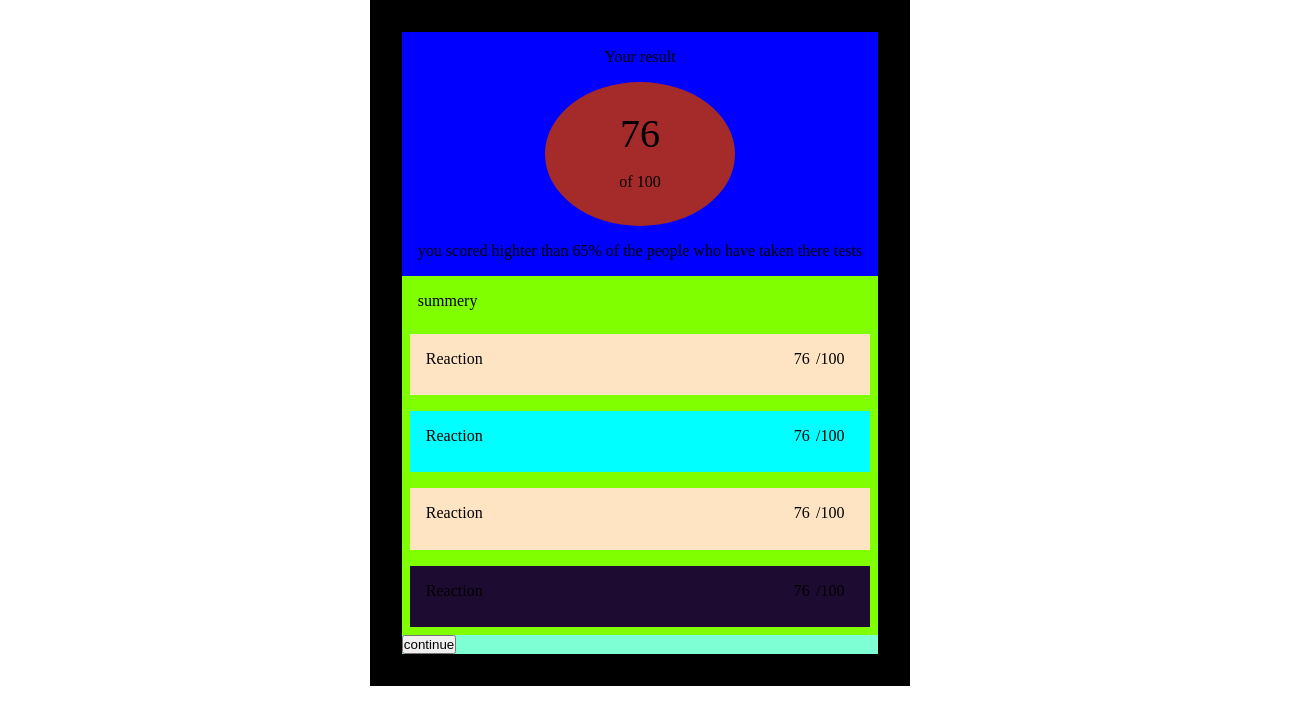
Repository: rahanwz/Card2-raha
Page: card2.html
The author's editor kept a copy of each file at every save. The page is drawn from the files as they stood at one save, then again after a run of saves.
The browser window is 1280 px wide. The page is 1280 px wide, then 1312 px, then 1280 px, so the pictures cover 1312 px, including what lies to the right of the window. The pictures show the whole page.

Above is the page before, as saved 2024-02-20 16:30:49.

### card2.html
<!DOCTYPE html>
<html lang="en">
  <head>
    <meta charset="UTF-8" />
    <meta name="viewport" content="width=device-width, initial-scale=1.0" />
    <title>Document</title>
    <link rel="stylesheet" href="card2.css" />
  </head>
  <body>
    <div class="container">
      <div class="card_container">
        <div class="top_card">
          <p>Your result</p>
          <div class="present">
            <p>76</p>
            <p>of 100</p>
          </div>
          <p class="describ">
            you scored highter than 65% of the people who have taken there tests
          </p>
        </div>
        <div class="bottom_card">
          <p>summery</p>
          <div class="box box1">
            <p>Reaction</p>
            <div class="number">
              <p>
                <span style="width: 50%; padding: 1rem; margin-top: -1rem"
                  >76</span
                ><span>/</span>100
              </p>
            </div>
          </div>
          <div class="box box2">
            <p>Reaction</p>
            <div class="number">
              <p>
                <span style="width: 50%; padding: 1rem; margin-top: -1rem"
                  >76</span
                ><span>/</span>100
              </p>
            </div>
          </div>

          <div class="box box1">
            <p>Reaction</p>
            <div class="number">
              <p>
                <span style="width: 50%; padding: 1rem; margin-top: -1rem"
                  >76</span
                ><span>/</span>100
              </p>
            </div>
          </div>
          <div class="box box3">
            <p>Reaction</p>
            <div class="number">
              <p>
                <span style="width: 50%; padding: 1rem; margin-top: -1rem"
                  >76</span
                ><span>/</span>100
              </p>
            </div>
          </div>
        </div>
        <div class="box5">
          <button>continue</button>
        </div>
      </div>
    </div>
  </body>
</html>

### card2.css
* {
  padding: 0;
  margin: 0;
  box-sizing: border-box;
}
body {
  display: flex;
  justify-content: center;
}
.container {
  background-color: black;
  padding: 2rem;
}
.card_container {
  background-color: aquamarine;
}
.card_container {
  text-align: center;
}

.top_card :first-child {
  padding: 1rem;
}
.present :first-child {
  font-size: 2.5rem;
  padding-top: 1.75rem;
}

.present {
  background-color: #f57d1f;
  height: 20vh;
  width: 40%;
  border-radius: 100%;
  background-color: brown;
  margin: auto;
}

.describ {
  padding: 1rem;
}

.top_card {
  background-color: blue;
}

.bottom_card :first-child {
  padding:1rem 1rem;
  display: flex;
}

.bottom_card {
  background-color: chartreuse;
}

.bottom_card .box {
  display: flex;
  padding: 0.5rem;
}

.box1 p {
  background-color: bisque;
  width: 100%;
  height: 8.5vh;
}

.box2 p {
  background-color: cyan;
  width: 100%;
  height: 8.5vh;
}
.box3 p {
  background-color: rgb(30, 11, 50);
  width: 100%;
  height: 8.5vh;
}
.box4 p {
  background-color: rgb(255, 70, 2);
  width: 100%;
  height: 8.5vh;
}

.number {
  display: flex;
}


.box5{
  width: 100%;
  display: flex;
}

After the next 4 saves:
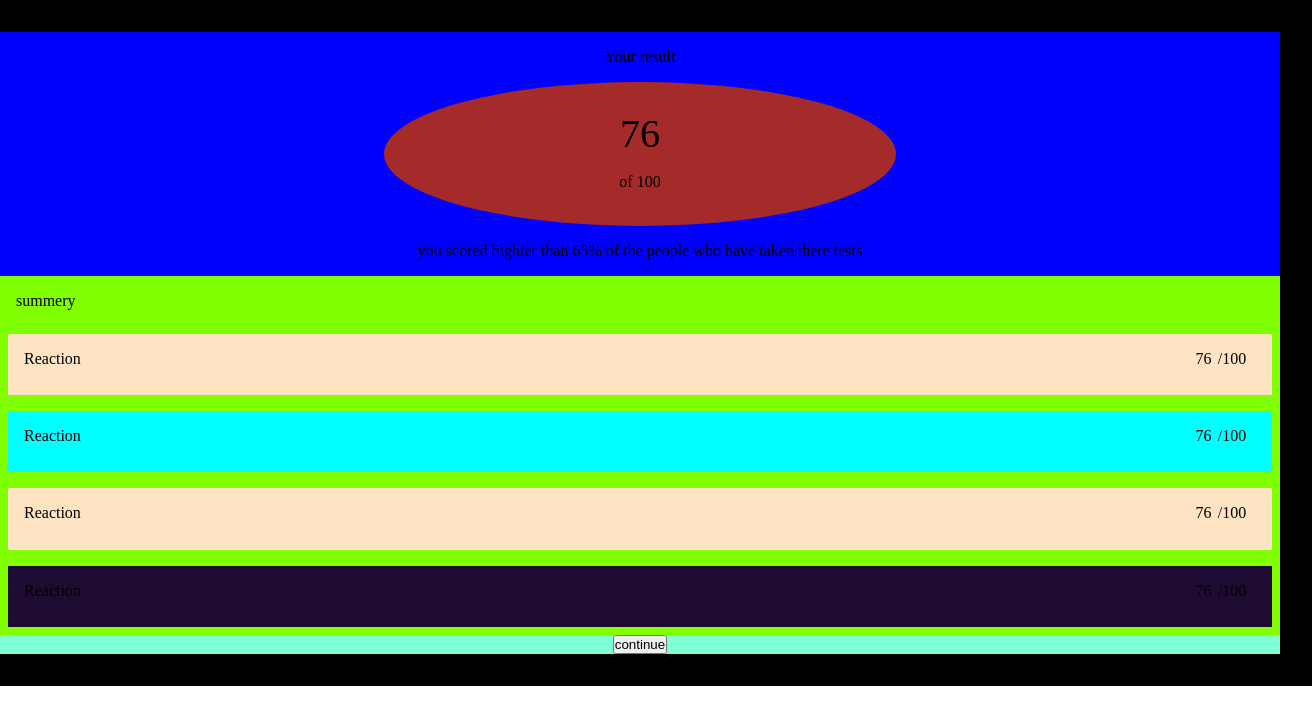
The 4 saves are shown as one change because they came seconds apart.
The last was saved 19 s later.
--- a/card2.css
+++ b/card2.css
@@ -85,6 +85,6 @@
 
 
 .box5{
-  width: 100%;
-  display: flex;
+  width: 100vw;
+
 }

After the save that followed:
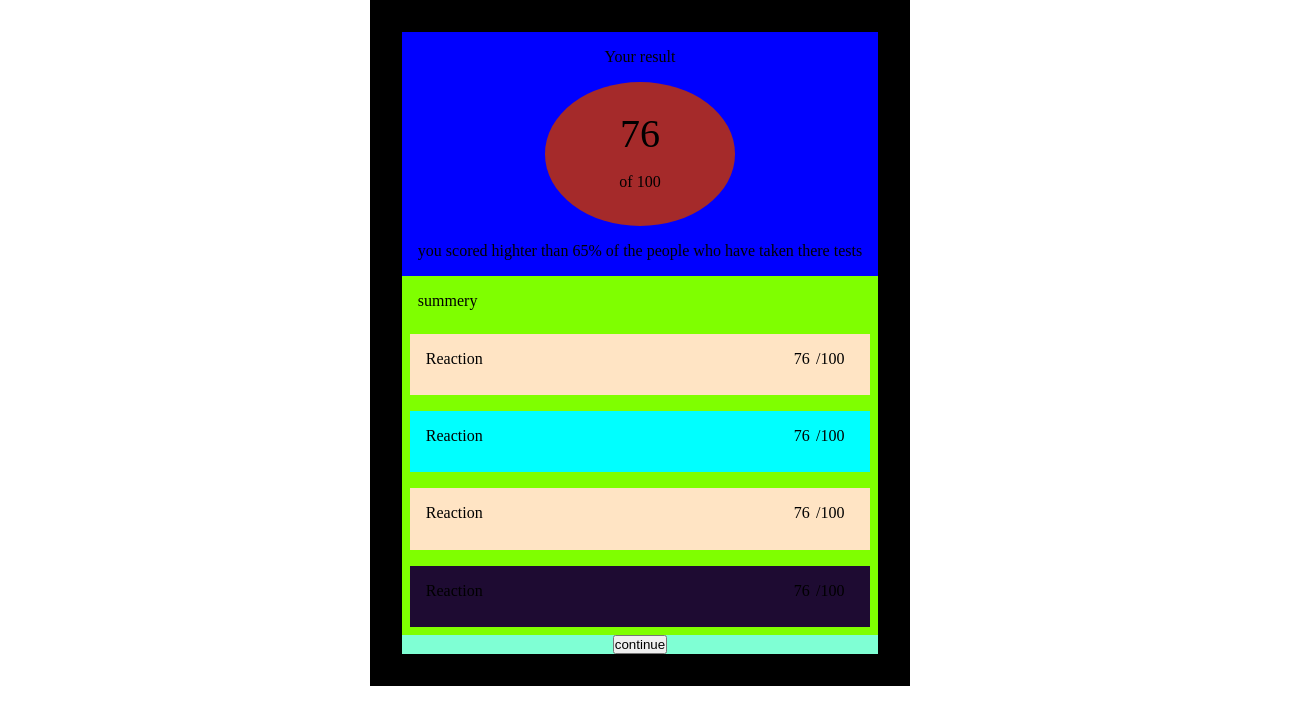
Saved 18 s later.
--- a/card2.css
+++ b/card2.css
@@ -85,6 +85,6 @@
 
 
 .box5{
-  width: 100vw;
+
 
 }
